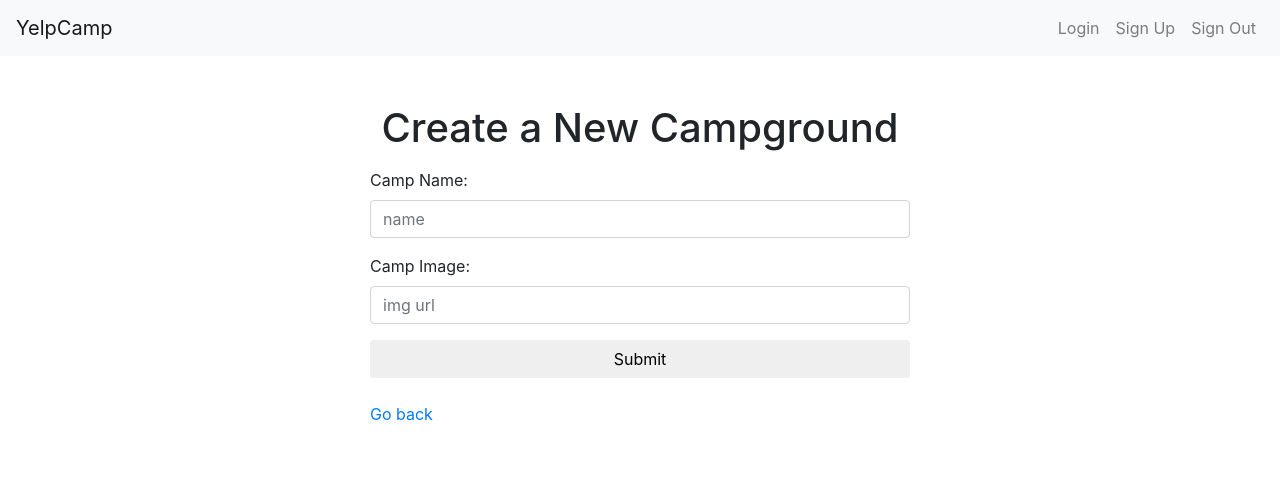
Repository: jbell0385/sandbox
Page: http://localhost/campgrounds/new
The author's editor kept a record of every edit. The page is drawn from the files as they stood at one moment, then again after the next edit.
The browser window is 1280 px wide. The pictures show the whole page.
The page is served by the project's Node server (YelpCamp/v1/app.js).

Above is the page before.

After the next edit:
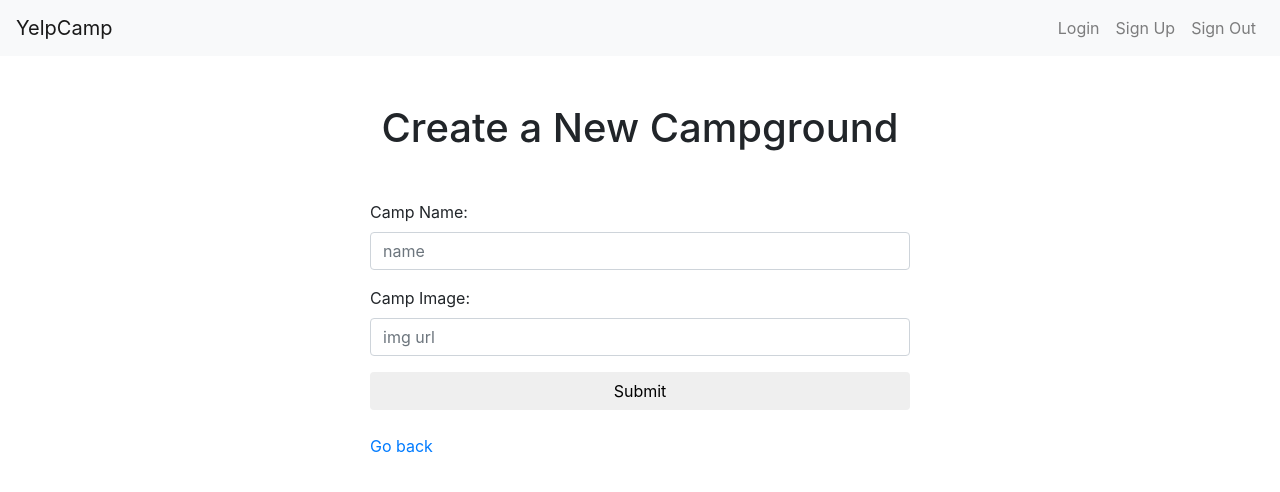
The edit:
--- a/webdevbootcamp/workspace/YelpCamp/v1/views/new.ejs
+++ b/webdevbootcamp/workspace/YelpCamp/v1/views/new.ejs
@@ -4,7 +4,7 @@
 
     <div class="row d-flex flex-row justify-content-center">
         <div class="col-6">
-            <h1 class="text-center mb-3">Create a New Campground</h1>
+            <h1 class="text-center mb-5">Create a New Campground</h1>
 
             <form action="/campgrounds" method="POST" class="mb-4">
                 <div class="form-group">
